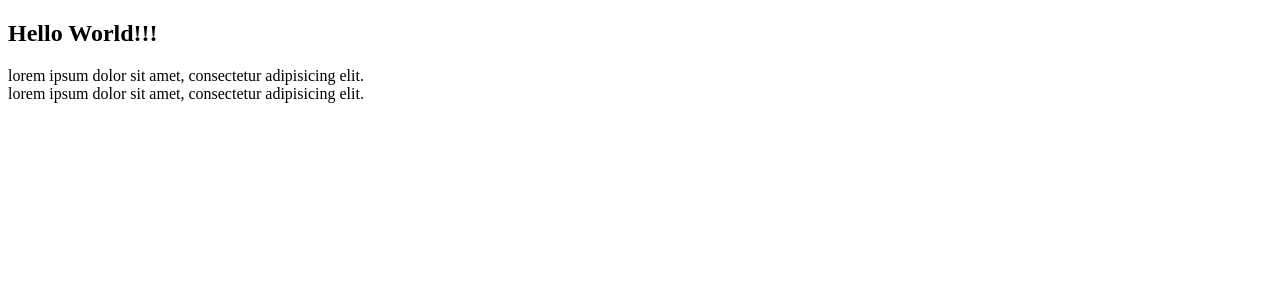
Repository: huygicungduoc/First_Project
Page: index.html
These files come from the project's save history. The page is drawn as it stood at one moment and after the next save; the edit follows.
The browser window is 1280 px wide. The pictures show the whole page.

Above is the page before, as saved 2025-03-08 20:25:17.

### index.html
<!DOCTYPE html>
<html lang="en">
<head>
    <meta charset="UTF-8">
    <meta name="viewport" content="width=device-width, initial-scale=1.0">
    <title>First Project</title>
</head>
<body>
        <h2>Hello World!!!</h2>
        <div>
            lorem ipsum dolor sit amet, consectetur adipisicing elit.
        </div>
        <div>
            lorem ipsum dolor sit amet, consectetur adipisicing elit.
        </div>
</body>
</html>

After the next save:
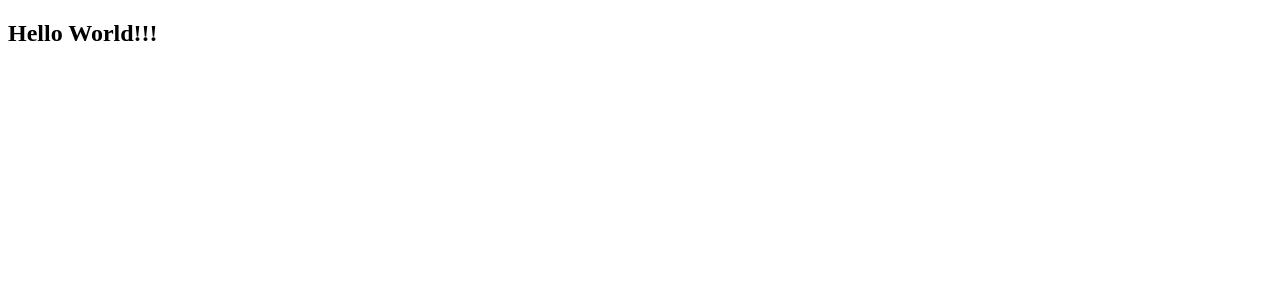
Saved 8 min 4 s later.
--- a/index.html
+++ b/index.html
@@ -7,11 +7,5 @@
 </head>
 <body>
         <h2>Hello World!!!</h2>
-        <div>
-            lorem ipsum dolor sit amet, consectetur adipisicing elit.
-        </div>
-        <div>
-            lorem ipsum dolor sit amet, consectetur adipisicing elit.
-        </div>
 </body>
 </html>

After the save that followed:
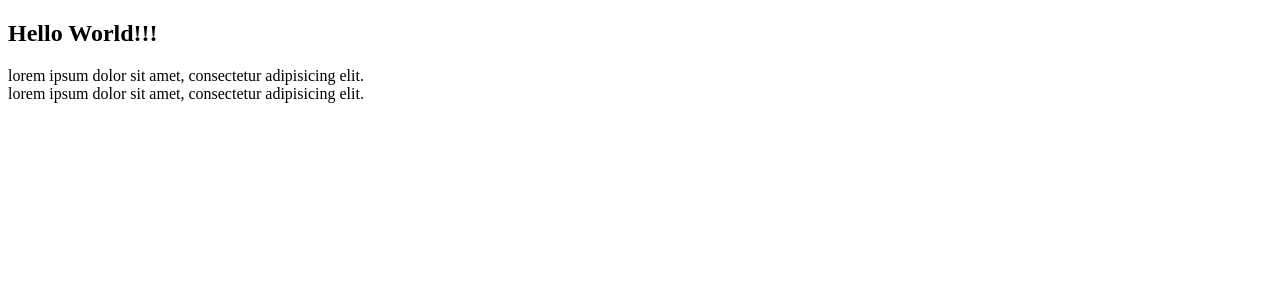
Saved 4 min 11 s later.
--- a/index.html
+++ b/index.html
@@ -7,5 +7,11 @@
 </head>
 <body>
         <h2>Hello World!!!</h2>
+        <div>
+        lorem ipsum dolor sit amet, consectetur adipisicing elit.
+        </div>
+        <div>
+        lorem ipsum dolor sit amet, consectetur adipisicing elit.
+        </div>
 </body>
 </html>
